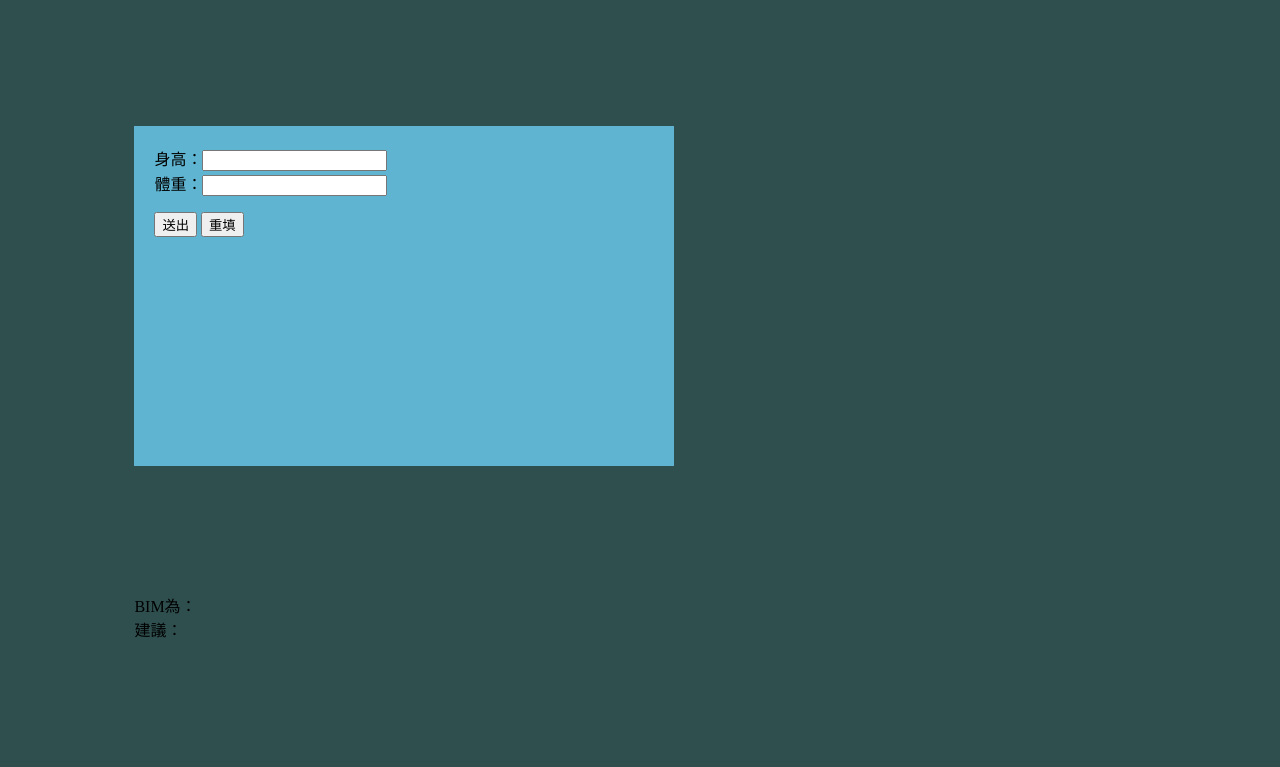
Repository: Digi-Duck/cybercube
Page: 12- 張雅婷/1117-bmi.html
These files come from the project's save history. The page is drawn as it stood at one moment and after a run of saves; the edit follows.
The browser window is 1280 px wide. The pictures show the whole page.

Above is the page before, as saved 2022-11-24 13:50:05.

### 12- 張雅婷/1117-bmi.html
<!DOCTYPE html>
<html lang="en">

<head>
    <meta charset="UTF-8">
    <meta http-equiv="X-UA-Compatible" content="IE=edge">
    <meta name="viewport" content="width=device-width, initial-scale=1.0">
    <title>Document</title>
    <link rel="stylesheet" href="bmi.css">
</head>

<body>
    <!DOCTYPE html>
<html lang="en">

<head>
    <meta charset="UTF-8">
    <meta http-equiv="X-UA-Compatible" content="IE=edge">
    <meta name="viewport" content="width=device-width, initial-scale=1.0">
    <title>Document</title>
</head>

<body>
    <div class="bmi_input">
        <div class="input">
            身高：<input type="text" id="height" >
        </div>
        <div class="input">
            體重：<input type="text" id="weight">
       <p></p>
            <div class="btns">
                <button id="cal" >送出</button>
                <button type="reset">重填</button>
            </div>
        </div>
    </div>
    <div class="bmi_output act">
        <div id="bmi_num">BIM為：</div>
        <div id="bmi_tips">建議：</div>
    </div>

</body>
<!-- <div class="input">
        身高：<input type="text" id="tell" >
        體重：<input type="text" id="heavy">
   <p></p>
        <div class="btns">
            <input name="" value="送出"></input>
            <button type="reset">重填</button>
        </div>
    </div>
</div>
<div class="bmi">
    <div id="bminum">BIM為：</div>
    <div id="bmitips">建議：</div>
</div> -->

    <!-- <script type="text/javascript">
        function () {
            var tall = document.querySelector('.cm');
            var heavy = document.querySelector('.kg');
            var bmi = ;

        }
        function bmi(tall, heavy) {
            var bmi = (heavy % (tall * tall))
        }
        if((tall!="")&(heavy!="")){
            bmi.style.display="block";

        } -->


</html>

### 12- 張雅婷/bmi.css
.bmi_input{
    width: 500px;
    height: 300px;
    margin: 10%;
    align-items: center;
    background-color: #5fb5d1;
    padding: 20px;
    color: black;
}

.bmi_output.act{
    opacity:1;
    margin: 10%;
    align-items: center;
}
body{
    background-color: darkslategray;
}

After the next 2 saves:
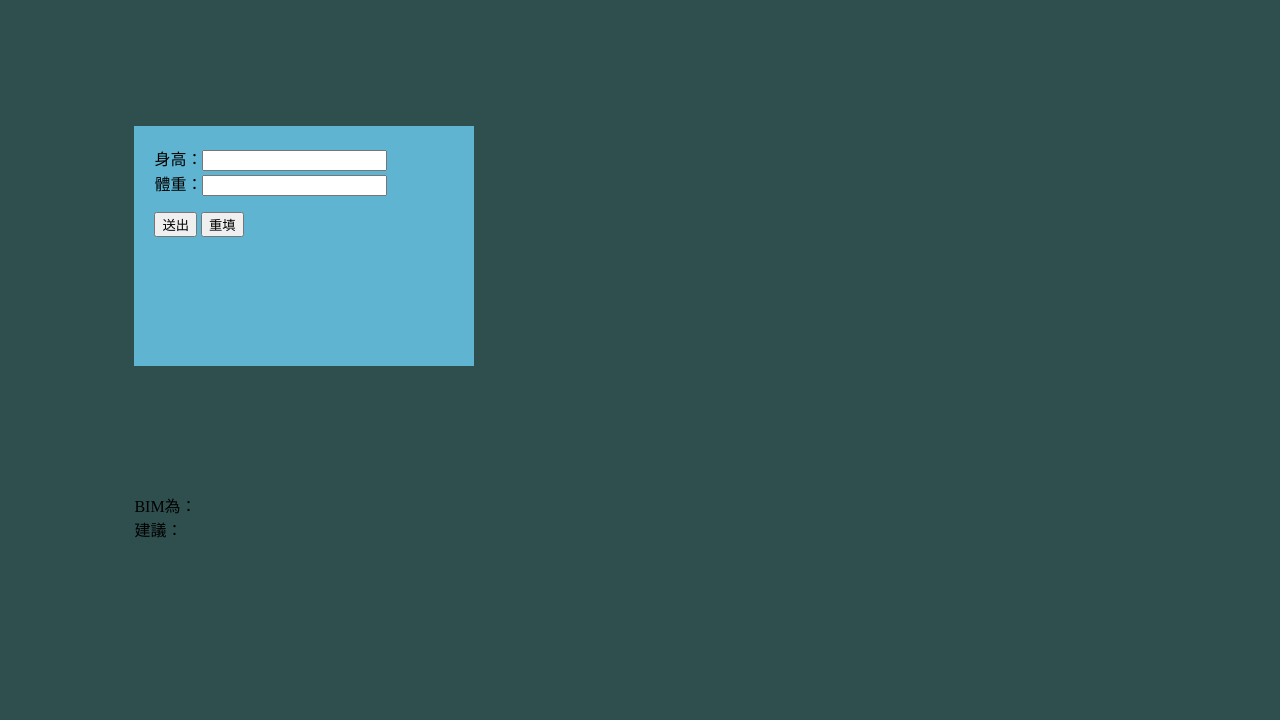
The 2 saves are shown as one change because they came seconds apart.
The last was saved 8 s later.
--- a/12- 張雅婷/bmi.css
+++ b/12- 張雅婷/bmi.css
@@ -1,6 +1,6 @@
 .bmi_input{
-    width: 500px;
-    height: 300px;
+    width: 300px;
+    height: 200px;
     margin: 10%;
     align-items: center;
     background-color: #5fb5d1;
